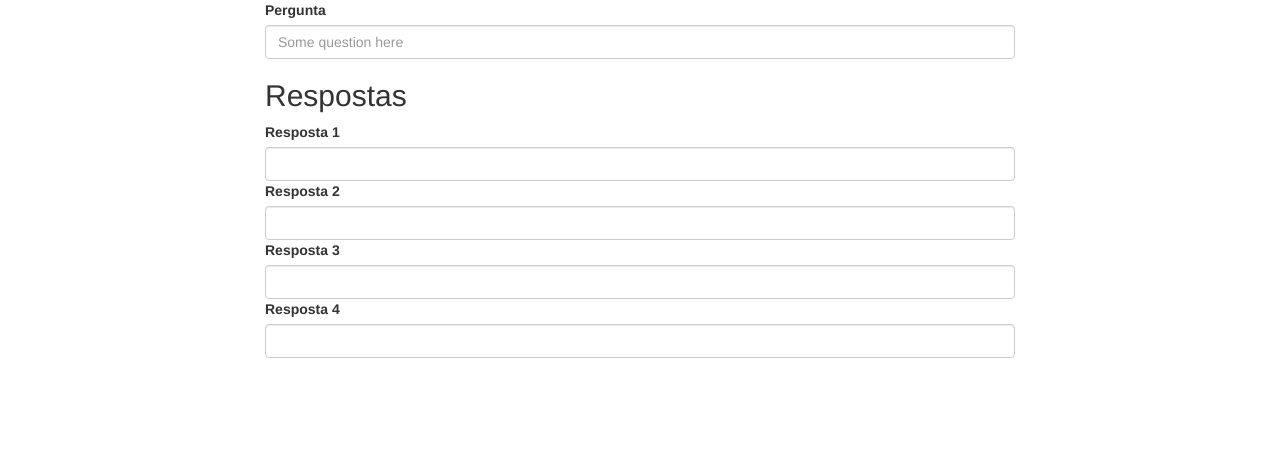
Repository: brunoUnigranrio/TDEs-Daw
Page: http://localhost/TDE1/sucesso.jsp
An editor plug-in stored every save of this project. The page is shown before and after the next save, followed by the edit.
The browser window is 1280 px wide. The pictures show the whole page.
The page is served by Tomcat 9.

Above is the page before, as saved 2019-06-16 20:37:25.
Console error (its wording comes from the project's code and is left out).

After the next save:
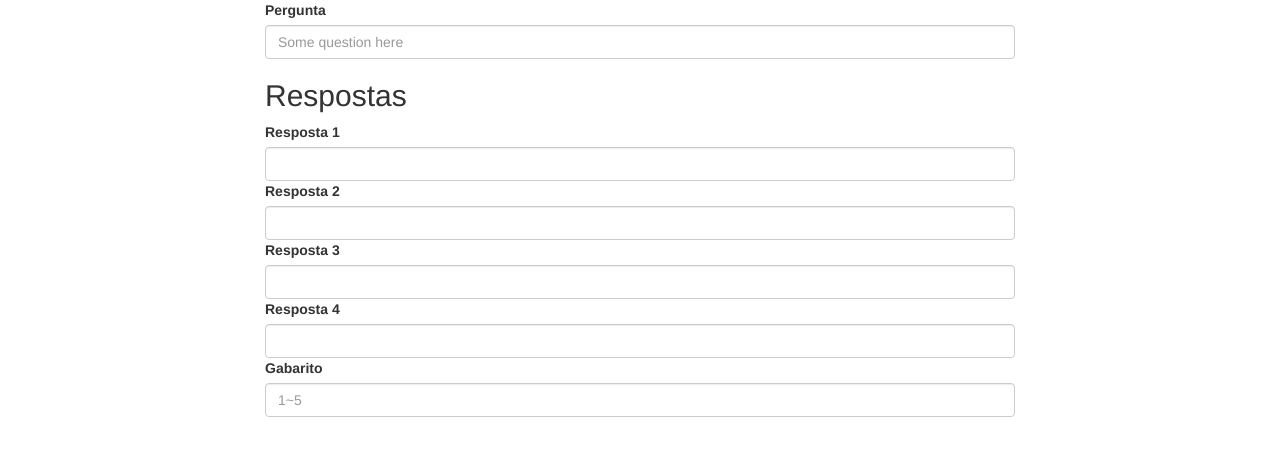
Saved 13 min 34 s later.
--- a/TDE1/WebContent/sucesso.jsp
+++ b/TDE1/WebContent/sucesso.jsp
@@ -39,6 +39,8 @@
 
   %>
 
+    <label for="gaba">Gabarito</label>
+    <input type="number" class="form-control" id="gabarito" placeholder="1~5" max="5" min="1">
 
 
   </div>
